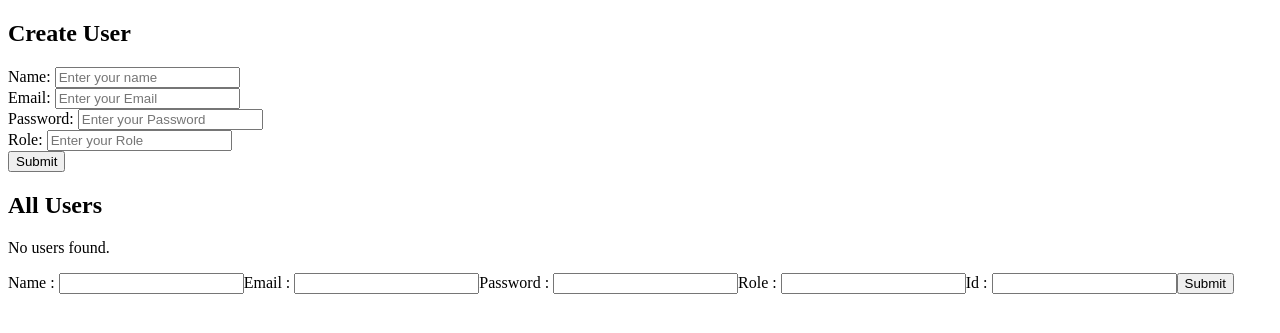
Repository: bharathabhi46/SkillSync-FrontEnd
Page: /RegisterUser
These files come from the project's save history. The page is drawn as it stood at one moment and after the next save; the edit follows.
The browser window is 1280 px wide. The pictures show the whole page.
The page's requests for data from a server got no answer. The project was rebuilt for these pictures with package versions that can differ from the ones it lists, and the page was loaded fresh each time. No one was signed in, and anything a server would have sent is missing. Also part of the build but not shown: vite.config.js.

Above is the page before, as saved 2025-06-23 15:38:05.

### src/App.jsx
import React from "react";
import CreateUser from "./Components/CreateUser/CreateUser";
import UserList from "./Components/UserList/UserList";
import EditUser from "./Components/EditUser/EditUser";

const App = () => {
  return (
    <>
      <CreateUser />
      <UserList />
      <EditUser />
    </>
  );
};

export default App;

### src/Components/CreateUser/CreateUser.jsx
import React, { useState } from "react";

const CreateUser = () => {
  let url = "http://localhost:8080/api/users";
  let [formData, setFormData] = useState({
    name: "",
    email: "",
    password: "",
    role: "",
  });
  function handleOnChange(e) {
    setFormData((prevData) => ({
      ...prevData,
      [e.target.name]: e.target.value,
    }));
  }
  async function handleSubmit(e) {
    e.preventDefault();
    try {
      let res = await fetch(url, {
        method: "POST",
        headers: {
          "Content-Type": "application/json",
        },
        body: JSON.stringify(formData),
      });
      console.log(res);
      if (res.ok) {
        alert("User Created Successfully");
        setFormData({ name: "", email: "", password: "", role: "" });
      } else {
        alert("Failed to Create the User");
      }
    } catch (error) {
      console.error("Error", error);
    }
  }
  return (
    <div>
      <h2>Create User</h2>
      <form onSubmit={handleSubmit}>
        <label>Name: </label>
        <input
          type="text"
          name="name"
          id="name"
          value={formData.name}
          onChange={handleOnChange}
          placeholder="Enter your name"
        />
        <br />
        <label>Email: </label>
        <input
          type="email"
          name="email"
          id="email"
          value={formData.email}
          onChange={handleOnChange}
          placeholder="Enter your Email"
        />
        <br />
        <label>Password: </label>

        <input
          type="password"
          name="password"
          id="password"
          value={formData.password}
          onChange={handleOnChange}
          placeholder="Enter your Password"
        />
        <br />
        <label>Role: </label>
        <input
          type="text"
          name="role"
          id="role"
          value={formData.role}
          onChange={handleOnChange}
          placeholder="Enter your Role"
        />
        <br />
        <button type="submit">Submit</button>
      </form>
    </div>
  );
};

export default CreateUser;

### src/Components/UserList/UserList.jsx
import React, { useState, useEffect } from "react";

const UserList = () => {
  let [userList, setUserList] = useState([]);
  let url = "http://localhost:8080/api/users";
  // let deleteUrl = "http://localhost:8080/api/users/";
  async function fetchUsers(url) {
    try {
      let res = await fetch(url);
      let data = await res.json();
      setUserList(data);
    } catch (error) {
      alert("Falied to Fetch Users");
      console.error("Error : ", error);
    }
  }
  async function deleteUser(url, id) {
    try {
      await fetch(`${url}/${id}`, {
        method: "DELETE",
      });
      fetchUsers(url);
      alert("Successfully Deleted User");
    } catch (error) {
      alert("Falied to Delete User");
      console.error("Error : ", error);
    }
  }
  useEffect(() => {
    fetchUsers(url);
  }, []);
  return (
    <div>
      <h2>All Users</h2>
      {userList.length === 0 ? (
        <p>No users found.</p>
      ) : (
        <table border="1" cellPadding="8" cellSpacing="0">
          <thead>
            <tr>
              <th>ID</th>
              <th>Name</th>
              <th>Email</th>
              <th>Role</th>
              <th>Password</th>
            </tr>
          </thead>
          <tbody>
            {userList.map((user) => (
              <tr key={user.id}>
                <td>{user.id}</td>
                <td>{user.name}</td>
                <td>{user.email}</td>
                <td>{user.role}</td>
                <td>{user.password}</td>
                <td>
                  <button
                    onClick={() => {
                      deleteUser(url, user.id);
                    }}
                  >
                    Delete
                  </button>
                </td>
              </tr>
            ))}
          </tbody>
        </table>
      )}
    </div>
  );
};

export default UserList;

### src/Components/EditUser/EditUser.jsx
import { useEffect, useState } from "react";
import React from "react";

const EditUser = () => {
  let [updateForm, setUpdateForm] = useState({
    name: "",
    email: "",
    password: "",
    role: "",
  });
  let id = 302;
  let updateUrl = `http://localhost:8080/api/users/${id}`;
  async function getUserDetails(updateUrl) {
    let res = await fetch(updateUrl, {
      method: "GET",
    });
    let data = await res.json();
    setUpdateForm({
      name: data.name,
      email: data.email,
      password: data.password,
      role: data.role,
      id: data.id,
    });
  }
  function handleOnChange(e) {
    e.preventDefault();
    setUpdateForm((prevForm) => ({
      ...prevForm,
      [e.target.name]: [e.target.value],
    }));
  }
  async function handleSubmit(e) {
    e.preventDefault();
    await fetch(updateUrl, {
      method: "PUT",
      headers: {
        "Content-Type": "application/json",
      },
      body: JSON.stringify(updateForm),
    });
  }
  useEffect(() => {
    getUserDetails(updateUrl);
  }, []);

  return (
    <>
      <form onSubmit={handleSubmit}>
        <label>Name : </label>
        <input
          type="text"
          name="name"
          value={updateForm.name}
          onChange={handleOnChange}
        />
        <label>Email : </label>
        <input
          type="email"
          name="email"
          value={updateForm.email}
          onChange={handleOnChange}
        />
        <label>Password : </label>
        <input
          type="password"
          name="password"
          value={updateForm.password}
          onChange={handleOnChange}
        />
        <label>Role : </label>
        <input
          type="text"
          name="role"
          value={updateForm.role}
          onChange={handleOnChange}
        />
        <label>Id : </label>
        <input
          type="number"
          name="id"
          value={updateForm.id}
          onChange={handleOnChange}
        />
        <button type="submit">Submit</button>
      </form>
    </>
  );
};

export default EditUser;

Loaded but not shown: index.html (common file); src/main.jsx (common file)

After the next save:
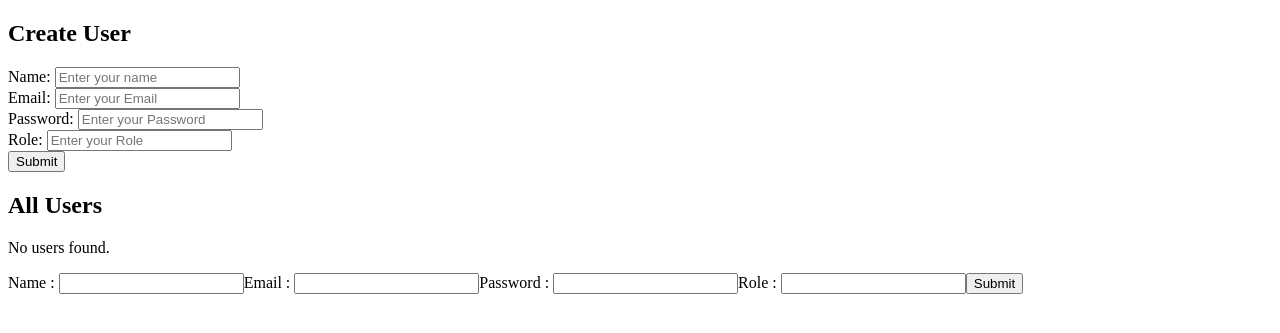
Saved 96 s later.
--- a/src/Components/EditUser/EditUser.jsx
+++ b/src/Components/EditUser/EditUser.jsx
@@ -9,9 +9,10 @@ const EditUser = () => {
     role: "",
   });
   let id = 302;
+  let url = `http://localhost:8080/api/users/${id}`;
   let updateUrl = `http://localhost:8080/api/users/${id}`;
   async function getUserDetails(updateUrl) {
-    let res = await fetch(updateUrl, {
+    let res = await fetch(url, {
       method: "GET",
     });
     let data = await res.json();
@@ -20,7 +21,6 @@ const EditUser = () => {
       email: data.email,
       password: data.password,
       role: data.role,
-      id: data.id,
     });
   }
   function handleOnChange(e) {
@@ -75,13 +75,6 @@ const EditUser = () => {
           value={updateForm.role}
           onChange={handleOnChange}
         />
-        <label>Id : </label>
-        <input
-          type="number"
-          name="id"
-          value={updateForm.id}
-          onChange={handleOnChange}
-        />
         <button type="submit">Submit</button>
       </form>
     </>
